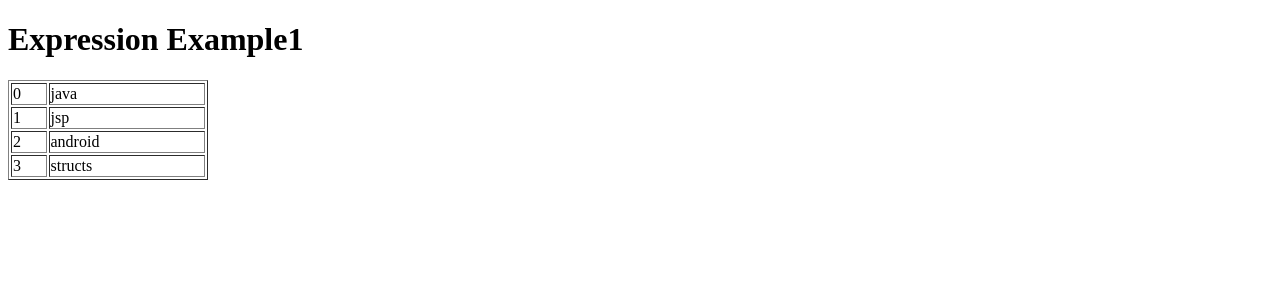
Repository: suji3kr/JSP_data
Page: http://localhost/studyJSP/expression1.jsp
An editor plug-in stored every save of this project. The page is shown before and after the next save, followed by the edit.
The browser window is 1280 px wide. The pictures show the whole page.
The page is served by Tomcat 10.

Above is the page before, as saved 2024-11-11 04:08:49.

After the next save:
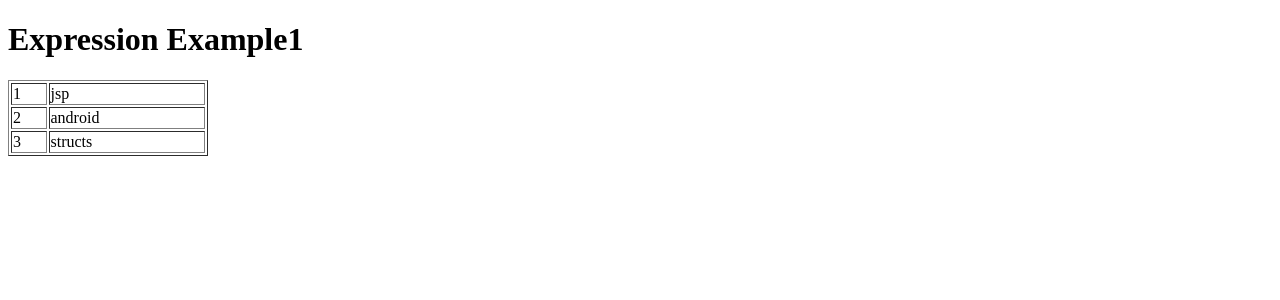
Saved 52 s later.
--- a/studyJSP/src/main/webapp/expression1.jsp
+++ b/studyJSP/src/main/webapp/expression1.jsp
@@ -15,7 +15,7 @@
 %>
 
 <table border ="1" width="200">
-<% for(int i =0; i<name.length;i++){%>
+<% for(int i =1; i<name.length;i++){%>
 	<tr>
 	<td><%=i%></td><td><%=name[i]%></td>
 	</tr>
